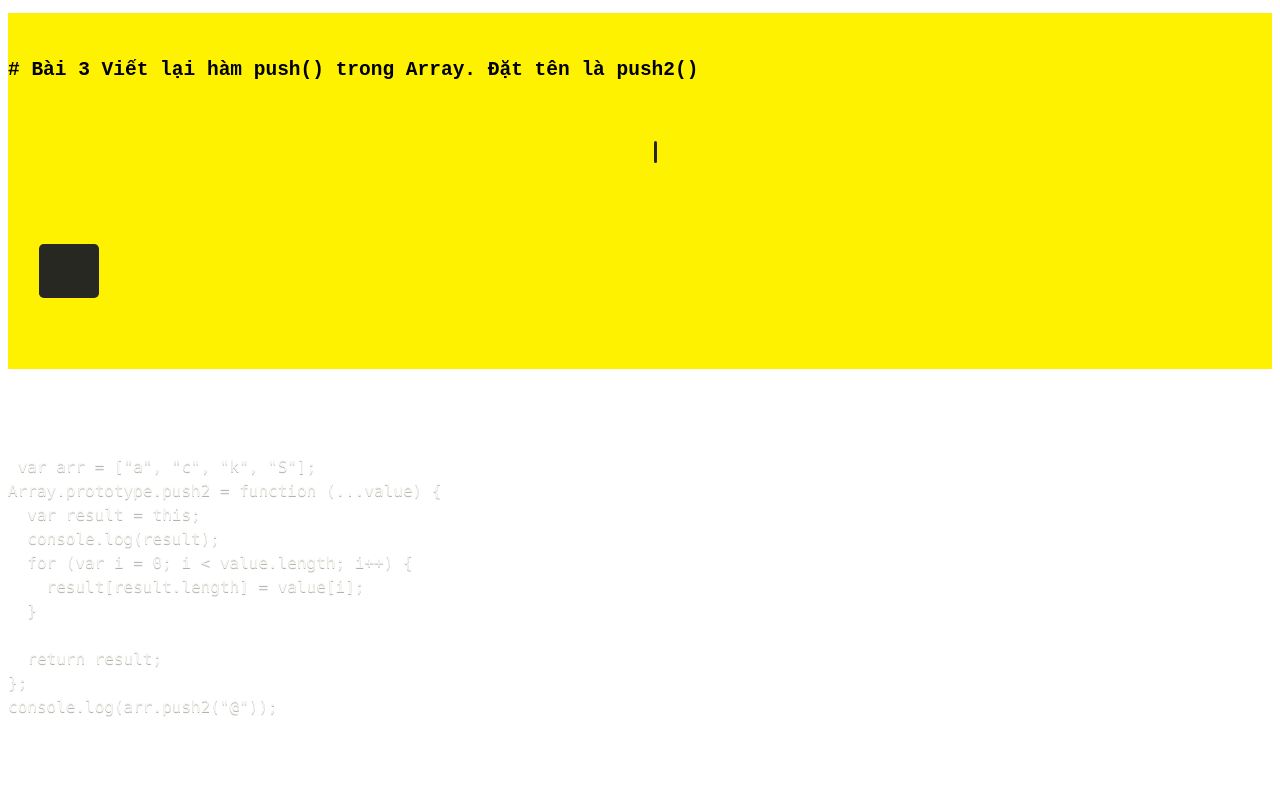
Repository: Dongnguyen318/Quydong
Page: Day 22.1/ex04.html
The author's editor kept a copy of each file at every save. The page is drawn from the files as they stood at one save, then again after the next save.
The browser window is 1280 px wide. The pictures show the whole page.

Above is the page before, as saved 2023-09-05 23:32:48.

After the next save:
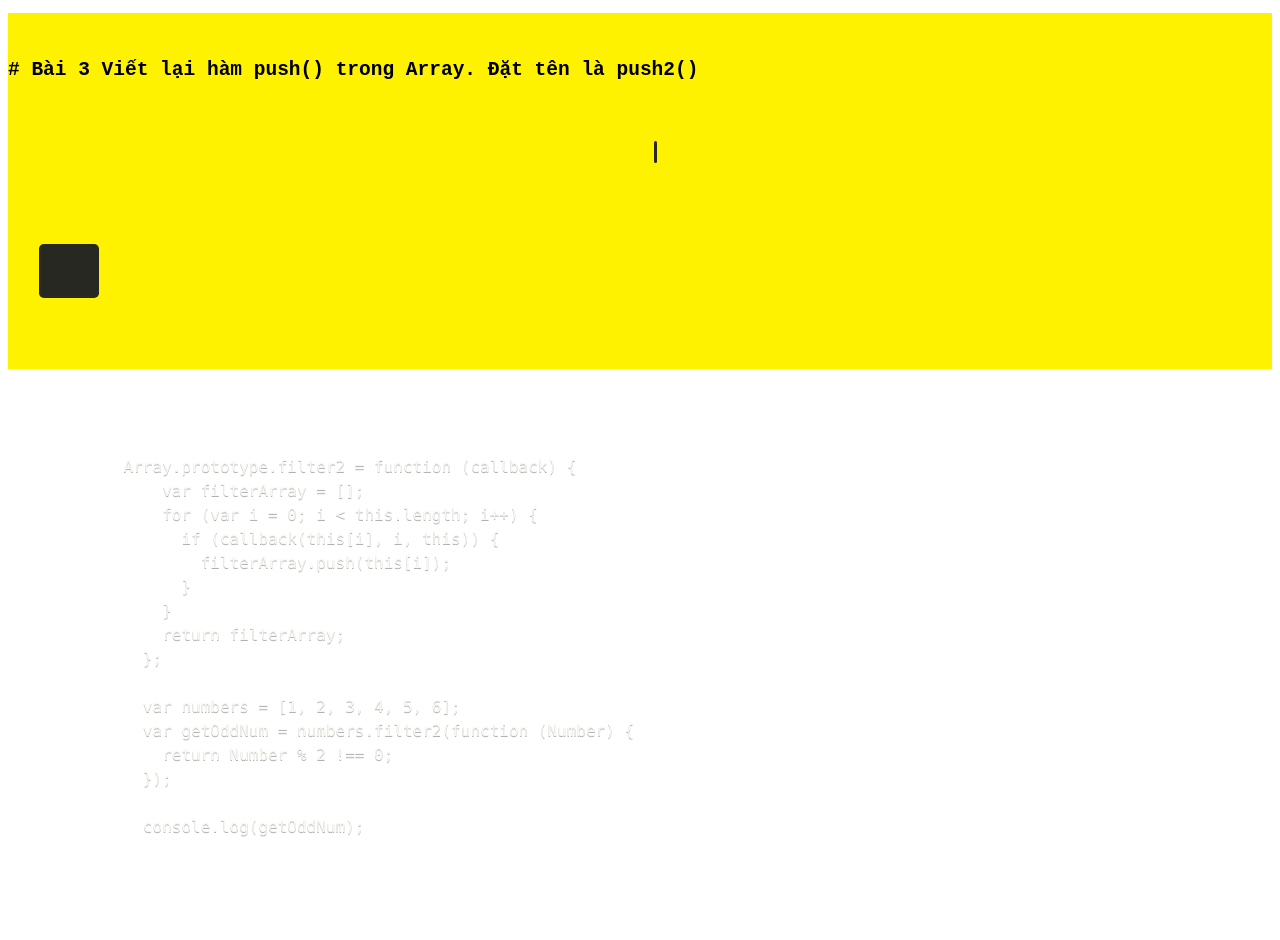
Saved 13 s later.
--- a/Day 22.1/ex04.html
+++ b/Day 22.1/ex04.html
@@ -29,17 +29,23 @@
     <br />
     <pre>
         <code class="language-js">
- var arr = ["a", "c", "k", "S"];
-Array.prototype.push2 = function (...value) {
-  var result = this;
-  console.log(result);
-  for (var i = 0; i < value.length; i++) {
-    result[result.length] = value[i];
-  }
+            Array.prototype.filter2 = function (callback) {
+                var filterArray = [];
+                for (var i = 0; i < this.length; i++) {
+                  if (callback(this[i], i, this)) {
+                    filterArray.push(this[i]);
+                  }
+                }
+                return filterArray;
+              };
 
-  return result;
-};
-console.log(arr.push2("@"));
+              var numbers = [1, 2, 3, 4, 5, 6];
+              var getOddNum = numbers.filter2(function (Number) {
+                return Number % 2 !== 0;
+              });
+
+              console.log(getOddNum);
+
 
         </code>
     </pre>
